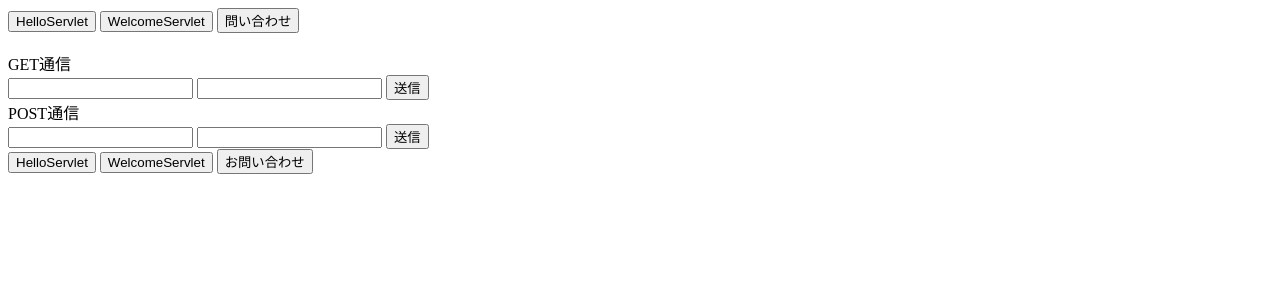
Repository: otake-natsumi/re_test
Page: http://localhost/HelloServlet/
These files come from the project's save history. The page is drawn as it stood at one moment and after the next save; the edit follows.
The browser window is 1280 px wide. The pictures show the whole page.
The page is served by Tomcat 9. Other server files are loaded and not shown.

Above is the page before, as saved 2019-03-10 06:42:31.

### HelloServlet/WebContent/index.jsp
<%@ page language="java" contentType="text/html; charset=UTF-8" pageEncoding="UTF-8"%>
<!DOCTYPE html>
<html>
<head>
	<meta http-equiv="Content-Type" content="text/html; charset=UTF-8">
	<title>HelloServlet</title>
</head>
<body>

	<input type="button" value="HelloServlet" onClick="location.href='HelloServlet'">
	<input type="button" value="WelcomeServlet" onClick="location.href='welcome.jsp'">
	<input type="button" value="問い合わせ" onClick="location.href='inquiry.jsp'">

<br>
<br>
	GET通信
	<form method="get" action="TestServlet">
		<input type="text" name="username">
		<input type="password" name="password">
		<input type="submit" value="送信">
	</form>
	POST通信
	<form method="post" action="TestServlet">
		<input type="text" name="username">
		<input type="password" name="password">
		<input type="submit" value="送信">
	</form>

	<input type="button" value="HelloServlet" onClick="location.href='HelloServlet'">
	<input type="button" value="WelcomeServlet" onClick="location.href='Welcome.jspt'">
	<input type="button" value="お問い合わせ" onClick="location.href='inquiry.jsp'">

</body>
</html>

After the next save:
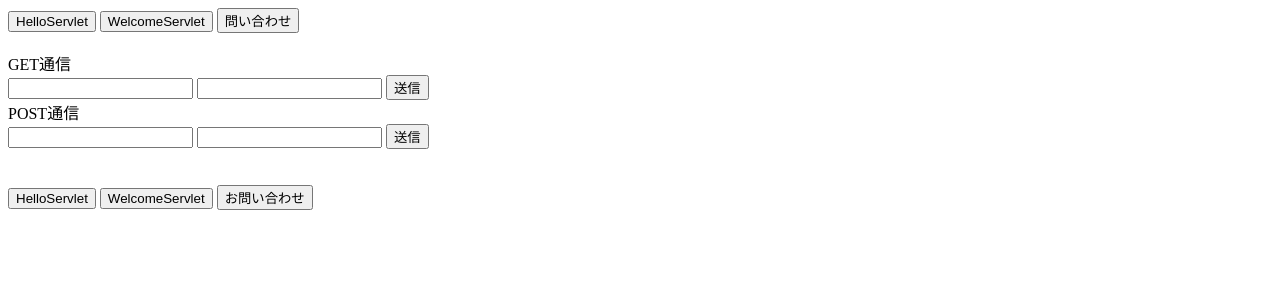
Saved 92 s later.
--- a/HelloServlet/WebContent/index.jsp
+++ b/HelloServlet/WebContent/index.jsp
@@ -25,7 +25,8 @@
 		<input type="password" name="password">
 		<input type="submit" value="送信">
 	</form>
-
+<br>
+<br>
 	<input type="button" value="HelloServlet" onClick="location.href='HelloServlet'">
 	<input type="button" value="WelcomeServlet" onClick="location.href='Welcome.jspt'">
 	<input type="button" value="お問い合わせ" onClick="location.href='inquiry.jsp'">
